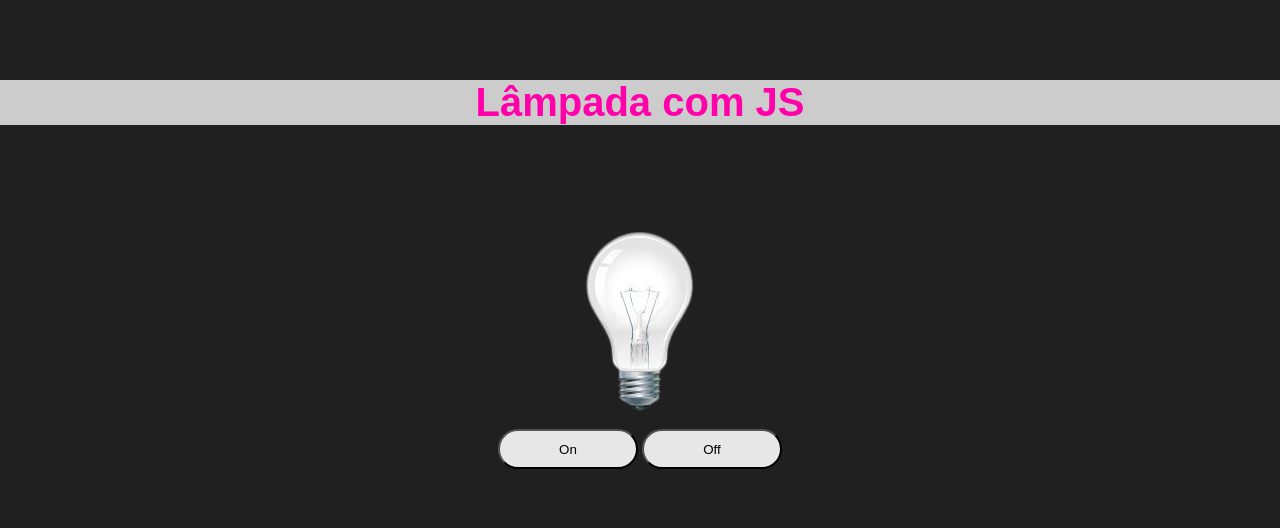
Repository: kahut-gdd/lampadaComJs
Page: index.html
These files come from the project's save history. The page is drawn as it stood at one moment and after a run of saves; the edit follows.
The browser window is 1280 px wide. The pictures show the whole page.

Above is the page before, as saved 2022-06-25 12:56:12.

After the next 3 saves:
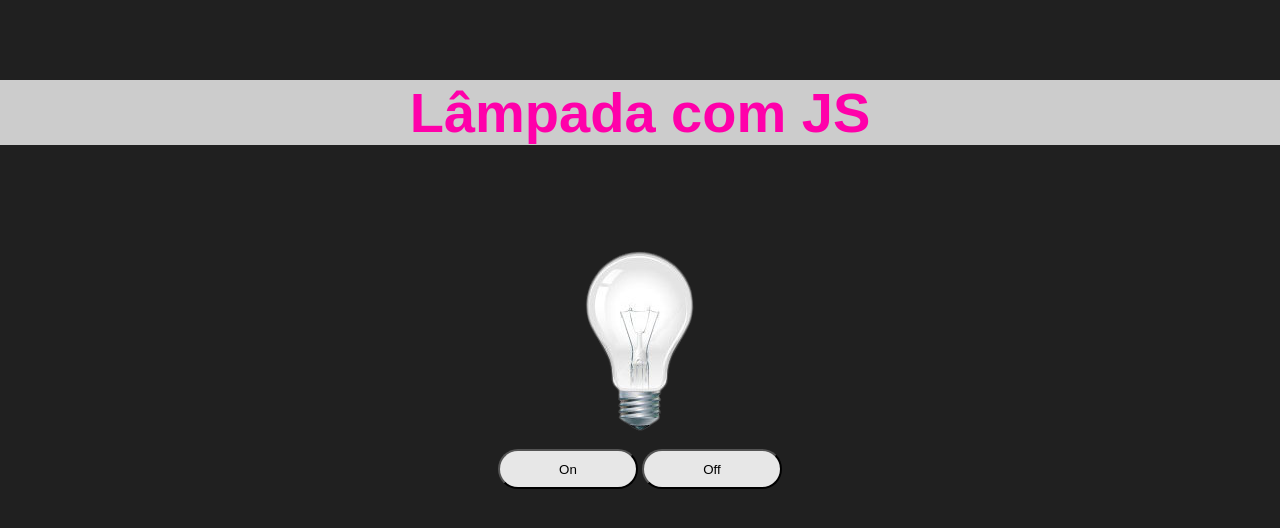
The 3 saves are shown as one change because they came seconds apart.
The last was saved 13 s later.
--- a/index.html
+++ b/index.html
@@ -15,7 +15,7 @@
             background: #ccc;
             color: rgb(255, 0, 170);
             text-align: center;
-            font-size: 2.5rem;
+            font-size: 3.5rem;
             font-family: sans-serif;
         }
         head, main{
